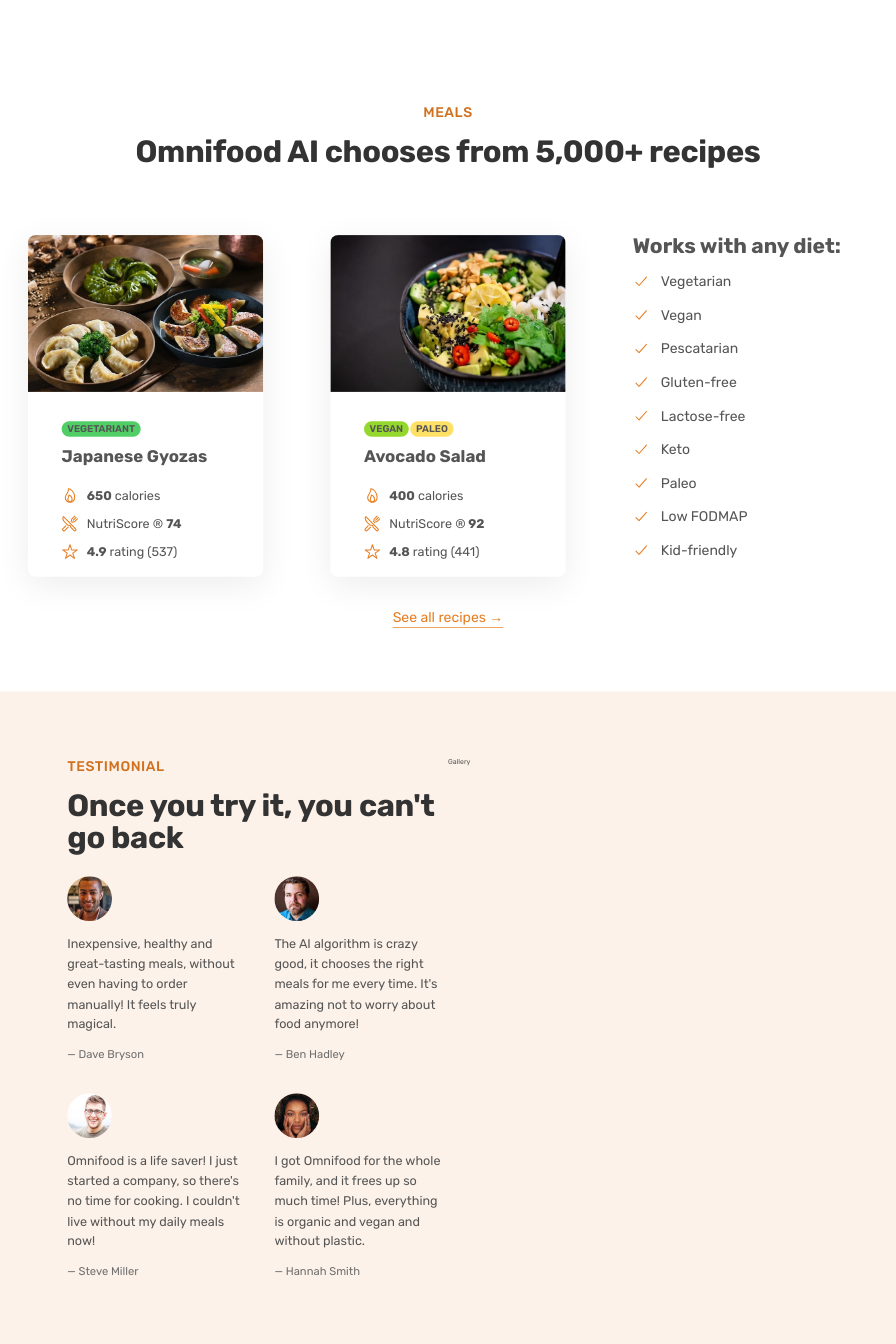
Repository: WefsCao/Omnifood
Page: index.html
These files come from the project's save history. The page is drawn as it stood at one moment and after the next save; the edit follows.
The browser window is 1280 px wide. The pictures show the part of the page from y = 2507 to 4427 px (the page is 4427 px tall before and 4370 px after), at 70% of full size.

Above is the page before, as saved 2022-06-05 17:48:07.

### index.html
<!DOCTYPE html>
<html lang="en">
  <head>
    <meta charset="UTF-8" />
    <meta http-equiv="X-UA-Compatible" content="IE=edge" />
    <meta name="viewport" content="width=device-width, initial-scale=1.0" />

    <link rel="preconnect" href="https://fonts.googleapis.com" />
    <link rel="preconnect" href="https://fonts.gstatic.com" crossorigin />
    <link
      href="https://fonts.googleapis.com/css2?family=Rubik:wght@400;500;600;700&display=swap"
      rel="stylesheet"
    />
    <link rel="stylesheet" href="./css/general.css" />
    <link rel="stylesheet" href="./css/style.css" />
    <title>Omnifood</title>
  </head>
  <body>
    <header class="header">
      <img class="logo" src="img/omnifood-logo.png" alt="heder of logo" />

      <nav class="nav-main">
        <ul class="nav-main-list">
          <li><a href="#" class="nav-main-link">How it works</a></li>
          <li><a href="#" class="nav-main-link">Meals</a></li>
          <li><a href="#" class="nav-main-link">Testimonial</a></li>
          <li><a href="#" class="nav-main-link">Pricing</a></li>
          <li><a href="#" class="nav-main-link nav-cta">Try for free</a></li>
        </ul>
      </nav>
    </header>
    <main>
      <section class="section-hero">
        <div class="hero">
          <div class="hero-text-box">
            <h1 class="heading-primary">
              A healthy meal delivered to your door, every single day
            </h1>
            <p class="hero-description">
              The smart 365-days-per-year food subscription that will make you
              eat healthy again. Tailored to your personal tastes and
              nutritional needs.
            </p>
            <a href="#" class="btn btn--full margin-right-sm"
              >Start eating well</a
            >
            <a href="#" class="btn btn--outline">Learn more &darr;</a>
            <div class="delivered-meals">
              <div class="delivered-imgs">
                <img src="img/customers/customer-1.jpg" />
                <img src="img/customers/customer-2.jpg" />
                <img src="img/customers/customer-3.jpg" />
                <img src="img/customers/customer-4.jpg" />
                <img src="img/customers/customer-5.jpg" />
                <img src="img/customers/customer-6.jpg" />
              </div>
              <div class="delivered-text">
                <span>250,000+ </span>meals last year!
              </div>
            </div>
          </div>
          <div class="hero-img-box">
            <img src="img/hero.png" alt="Hero of image" class="hero-img" />
          </div>
        </div>
      </section>
      <section class="section-how">
        <div class="step-title container">
          <span class="subtitle">How it works</span>
          <h2 class="heading-secondary">
            Your daily dose of health in 3 simple steps
          </h2>
        </div>

        <!-- STEP 01 -->
        <div class="step-content container grid grid--2-cols">
          <div class="step-text-box">
            <div class="step-number">01</div>
            <h3 class="heading-tertiary">
              Tell us what you like (and what not)
            </h3>
            <p class="step-text">
              Never again waste time thinking about what to eat! Omnifood AI
              will create a 100% personalized weekly meal plan just for you. It
              makes sure you get all the nutrients and vitamins you need, no
              matter what diet you follow!
            </p>
          </div>
          <div class="step-img-box">
            <img
              class="step-img"
              src="img/app/app-screen-1.png"
              alt="app screen 1"
            />
          </div>
        </div>
        <!-- STEP 02 -->
        <div class="step-content container grid grid--2-cols">
          <div class="step-img-box">
            <img
              class="step-img"
              src="img/app/app-screen-2.png"
              alt="app screen 2"
            />
          </div>
          <div class="step-text-box">
            <div class="step-number">02</div>
            <h3 class="heading-tertiary">Approve your weekly meal plan</h3>
            <p class="step-text">
              Once per week, approve the meal plan generated for you by Omnifood
              AI. You can change ingredients, swap entire meals, or even add
              your own recipes.
            </p>
          </div>
        </div>

        <!-- STEP 03 -->
        <div class="step-content container grid grid--2-cols">
          <div class="step-text-box">
            <div class="step-number">03</div>
            <h3 class="heading-tertiary">Receive meals at convenient time</h3>
            <p class="step-text">
              Best chefs in town will cook your selected meal every day, and we
              will deliver it to your door whenever works best for you. You can
              change delivery schedule and address daily!
            </p>
          </div>
          <div class="step-img-box">
            <img
              class="step-img"
              src="img/app/app-screen-3.png"
              alt="app screen 3"
            />
          </div>
        </div>
      </section>
      <section class="section-meals">
        <div class="container center-v">
          <span class="subtitle">Meals</span>
          <h2 class="heading-secondary">
            Omnifood AI chooses from 5,000+ recipes
          </h2>
        </div>
        <div class="meals container grid grid--3-cols">
          <div class="meal">
            <img
              class="meal-img"
              src="img/meals/meal-1.jpg"
              alt="Japanese Gyozas"
            />
            <div class="meal-content">
              <span class="meal-tag tag--vegetariant">Vegetariant</span>
              <h3 class="meal-title">Japanese Gyozas</h3>
              <ul class="meal-attributes">
                <li class="meal-attribute">
                  <ion-icon class="meal-icon" name="flame-outline"></ion-icon>
                  <span><strong>650</strong> calories</span>
                </li>

                <li class="meal-attribute">
                  <ion-icon
                    class="meal-icon"
                    name="restaurant-outline"
                  ></ion-icon>
                  <span> NutriScore &reg; <strong>74</strong></span>
                </li>
                <li class="meal-attribute">
                  <ion-icon class="meal-icon" name="star-outline"></ion-icon>
                  <span><strong>4.9</strong> rating (537)</span>
                </li>
              </ul>
            </div>
          </div>
          <div class="meal">
            <img
              class="meal-img"
              src="img/meals/meal-2.jpg"
              alt="Avocado Salad"
            />
            <div class="meal-content">
              <div class="meal-tags">
                <span class="meal-tag tag--vegan">Vegan</span>
                <span class="meal-tag tag--paleo">Paleo</span>
              </div>
              <h3 class="meal-title">Avocado Salad</h3>
              <ul class="meal-attributes">
                <li class="meal-attribute">
                  <ion-icon class="meal-icon" name="flame-outline"></ion-icon>
                  <span><strong>400</strong> calories</span>
                </li>

                <li class="meal-attribute">
                  <ion-icon
                    class="meal-icon"
                    name="restaurant-outline"
                  ></ion-icon>
                  <span>NutriScore &reg;<strong> 92</strong></span>
                </li>
                <li class="meal-attribute">
                  <ion-icon class="meal-icon" name="star-outline"></ion-icon>
                  <span><strong>4.8</strong> rating (441)</span>
                </li>
              </ul>
            </div>
          </div>
          <div class="list">
            <h3 class="list-heading">Works with any diet:</h3>
            <ul class="diets">
              <li class="diet">
                <ion-icon class="diet-icon" name="checkmark-outline"></ion-icon>
                <span class="link">Vegetarian</span>
              </li>
              <li class="diet">
                <ion-icon class="diet-icon" name="checkmark-outline"></ion-icon>
                <span class="link">Vegan</span>
              </li>
              <li class="diet">
                <ion-icon class="diet-icon" name="checkmark-outline"></ion-icon>
                <span class="link">Pescatarian</span>
              </li>
              <li class="diet">
                <ion-icon class="diet-icon" name="checkmark-outline"></ion-icon>
                <span class="link">Gluten-free</span>
              </li>
              <li class="diet">
                <ion-icon class="diet-icon" name="checkmark-outline"></ion-icon>
                <span class="link">Lactose-free</span>
              </li>
              <li class="diet">
                <ion-icon class="diet-icon" name="checkmark-outline"></ion-icon>
                <span class="link">Keto</span>
              </li>
              <li class="diet">
                <ion-icon class="diet-icon" name="checkmark-outline"></ion-icon>
                <span class="link">Paleo</span>
              </li>
              <li class="diet">
                <ion-icon class="diet-icon" name="checkmark-outline"></ion-icon>
                <span class="link">Low FODMAP</span>
              </li>
              <li class="diet">
                <ion-icon class="diet-icon" name="checkmark-outline"></ion-icon>
                <span class="link">Kid-friendly</span>
              </li>
            </ul>
          </div>
        </div>
        <div class="container meals-all center-v">
          <a href="#" class="link--recipes">See all recipes &rarr;</a>
        </div>
      </section>
      <section class="section-testimonials">
        <div class="testimonials">
          <div class="testimonial">
            <div class="testimonials-heading">
              <span class="subtitle">testimonial</span>
              <h2 class="heading-secondary">
                Once you try it, you can't go back
              </h2>
            </div>
            <div class="testimonial-text">
              <figure class="testimonial-img">
                <img
                  src="img/customers/dave.jpg"
                  alt="photo of customer dave"
                />
                <blockquote class="testimonial-txt">
                  Inexpensive, healthy and great-tasting meals, without even
                  having to order manually! It feels truly magical.
                </blockquote>
                <p class="customer-name">&mdash; Dave Bryson</p>
              </figure>
              <figure class="testimonial-img">
                <img src="img/customers/ben.jpg" alt="photo of customer ben" />
                <blockquote class="testimonial-txt">
                  The AI algorithm is crazy good, it chooses the right meals for
                  me every time. It's amazing not to worry about food anymore!
                </blockquote>
                <p class="customer-name">&mdash; Ben Hadley</p>
              </figure>
              <figure class="testimonial-img">
                <img
                  src="img/customers/steve.jpg"
                  alt="photo of customer steve"
                />
                <blockquote class="testimonial-txt">
                  Omnifood is a life saver! I just started a company, so there's
                  no time for cooking. I couldn't live without my daily meals
                  now!
                </blockquote>
                <p class="customer-name">&mdash; Steve Miller</p>
              </figure>
              <figure class="testimonial-img">
                <img
                  src="img/customers/hannah.jpg"
                  alt="photo of customer hannah"
                />
                <blockquote class="testimonial-txt">
                  I got Omnifood for the whole family, and it frees up so much
                  time! Plus, everything is organic and vegan and without
                  plastic.
                </blockquote>
                <p class="customer-name">&mdash; Hannah Smith</p>
              </figure>
            </div>
          </div>
          <div class="gallery">Gallery</div>
        </div>
      </section>
    </main>
    <script
      type="module"
      src="https://unpkg.com/ionicons@5.5.2/dist/ionicons/ionicons.esm.js"
    ></script>
    <script
      nomodule
      src="https://unpkg.com/ionicons@5.5.2/dist/ionicons/ionicons.js"
    ></script>
  </body>
</html>

### css/general.css
/*
--- 01 TYPOGRAPHY
- Font size system (px)
    10 / 12 / 14 / 16 / 18 / 20 / 24 / 30 / 36 / 44 / 52 / 62 / 74 / 86 / 98

- Font weights:
Default: 400

- Line heights:
Default: 1
Small: 1.05


--- 02 COLOR

- Primary: #e67e22
- Tints: #fdf2e9
- Shades: #cf711f
- Accents:
- Grey:
 #555
 #333

 --- 05 SHADOW

 --- 06 BORDER RADIUS
 - Default: 9px

 --- 07 WHITE SPACES
 - Spacing system (px)
 2 / 4 / 8 / 12 / 16 / 24 / 32 / 48 / 64 / 80 / 96 / 128
*/
html {
  font-size: 62.5%;
}
* {
  margin: 0;
  padding: 0;
  box-sizing: border-box;
}
body {
  font-family: "Rubik", sans-serif;
  color: #555;
  font-weight: 400;
  line-height: 1;
}

/****************************************/
/* GENERAL REUSE COMPONENTS */
/****************************************/
.heading-primary,
.heading-secondary {
  line-height: 1.05;
  color: #333;
  font-weight: 700;
  letter-spacing: -0.5px;
  margin-bottom: 3.2rem;
}
.heading-primary {
  font-size: 5.2rem;
}

.btn--full:link,
.btn--full:visited {
  background-color: #e67e22;
  color: #fff;
}
.btn--full:hover,
.btn--full:active {
  background-color: #cf711f;
}

.grid {
  display: grid;
  gap: 9.6rem;
}
.grid--2-cols {
  grid-template-columns: repeat(2, 1fr);
}
.grid--3-cols {
  grid-template-columns: repeat(3, 1fr);
}
.container {
  max-width: 120rem;
  margin: 0 auto;
}

/*************************************/
/* HELPER CLASSES */
/*************************************/

.margin-right-sm {
  margin-right: 1.6rem !important;
}
.heading-tertiary {
  font-size: 3rem;
  font-weight: 700 !important;
  margin: 1.6rem 0;
}
.center-v {
  text-align: center;
}

### css/style.css
/****************************************/
/* HEADER */
/****************************************/
.header {
  display: flex;
  align-items: center;
  justify-content: space-between;
  height: 9.6rem;
  padding: 0 4.8rem;
  background-color: #fdf2e9;
}
.logo {
  height: 2.2rem;
}

/****************************************/
/* NAVIGATION */
/****************************************/

.nav-main-list {
  display: flex;
  align-items: center;
  gap: 3.2rem;
  list-style: none;
}
.nav-main-link:link,
.nav-main-link:visited {
  color: #333;
  font-size: 1.8rem;
  font-weight: 600;
  text-decoration: none;
  transition: all 0.3s;
}
.nav-main-link:hover,
.nav-main-link:active {
  color: #e67e22;
}

.nav-main-link.nav-cta:link,
.nav-main-link.nav-cta:visited {
  padding: 1.2rem 2.4rem;
  background-color: #e67e22;
  border-radius: 9px;
  color: #fff;
}
.nav-main-link.nav-cta:hover,
.nav-main-link.nav-cta:active {
  background-color: #cf711f;
}

/****************************************/
/* HERO */
/****************************************/
.section-hero {
  background-color: #fdf2e9;
  padding: 4.8rem 0 9.6rem 0;
}

.hero {
  display: grid;
  grid-template-columns: 1fr 1fr;
  gap: 4.8rem;
  align-items: center;
  max-width: 130rem;
  padding: 0 3.2rem;
  margin: 0 auto;
}

.hero-description {
  font-size: 2rem;
  line-height: 1.6;
  margin-bottom: 4.8rem;
}
.btn:link,
.btn:visited {
  outline: none;
  display: inline-block;
  padding: 1.6rem 3.2rem;
  font-size: 1.8rem;
  font-weight: 700;
  border-radius: 9px;
  text-decoration: none;
  transition: all 0.3s;
}

.btn--outline:link,
.btn--outline:visited {
  background-color: #fff;
  color: #555;
}
.btn--outline:hover,
.btn--outline:active {
  background-color: #fdf2e9;
  box-shadow: inset 0 0 0 3px #fff;
}

.delivered-meals {
  display: flex;
  align-items: center;
  gap: 1.6rem;
  margin-top: 8rem;
}
.delivered-imgs {
  display: flex;
}
.delivered-imgs img {
  width: 4.8rem;
  height: 4.8rem;
  border-radius: 50%;
  border: 3px solid #fdf2e9;
  margin-right: -1.6rem;
}
.delivered-imgs img:last-child {
  margin: 0;
}
.delivered-text {
  font-size: 2rem;
}
.delivered-text span {
  font-weight: 700;
  color: #cf711f;
}
.hero-img {
  width: 100%;
}

/****************************************/
/* HOW IT WORKS SECTION  */
/****************************************/
.section-how {
  padding-bottom: 9.6rem;
}
.step-title {
  margin-top: 9.6rem;
}
.step-content {
  margin-top: 9.6rem;
}
.subtitle {
  letter-spacing: 0.75px;
  text-transform: uppercase;
  color: #cf711f;
  font-weight: 500;
  font-size: 2rem;
}
.heading-secondary {
  font-size: 4.4rem;
  margin-top: 2.4rem;
}
.step-number {
  font-size: 8.6rem;
  font-weight: 700;
  color: #ddd;
}

.step-img-box {
  position: relative;
  display: flex;
  align-items: center;
  justify-content: center;
}
.step-img-box::before,
.step-img-box::after {
  content: "";
  display: block;
  position: absolute;
  border-radius: 50%;
  top: 50%;
  left: 50%;
  transform: translate(-50%, -50%);
}
.step-img-box::before {
  width: 60%;
  padding-bottom: 60%;
  background-color: #fdf2e9;
  z-index: -2;
}
.step-img-box::after {
  width: 45%;
  padding-bottom: 45%;
  background-color: #fae5d3;
  z-index: -1;
}
.step-text {
  margin-top: 3.2rem;
  font-size: 1.8rem;
  line-height: 1.6;
}
.step-img {
  width: 35%;
}

/****************************************/
/* MEALS SECTION  */
/****************************************/

.section-meals {
  padding-bottom: 9.6rem;
}

.meals,
.section-meals {
  margin-top: 9.6rem;
}
.meal {
  box-shadow: 0 1.2rem 4.8rem rgba(0, 0, 0, 0.075);
  border-radius: 11px;
  overflow: hidden;
  transition: all 0.3s;
}
.meal:hover {
  transform: translateY(-1rem);
}
.meal-img {
  width: 100%;
}
.meal-content {
  padding: 2.4rem 4.8rem;
}
.meal-tag {
  display: inline-block;
  font-size: 1.4rem;
  margin-top: 1.6rem;
  padding: 0.4rem 0.8rem;
  border-radius: 16px;
  font-weight: 600;
  text-transform: uppercase;
}
.tag--vegetariant {
  background-color: #51cf66;
}
.tag--vegan {
  background-color: #94d82d;
}
.tag--paleo {
  background-color: #ffe066;
}
.meal-title {
  font-size: 2.4rem;
  font-weight: 700;
  margin: 1.6rem 0 3.2rem 0;
}
.meal-attributes {
  list-style: none;
  display: flex;

  flex-direction: column;
  gap: 1.6rem;
}
.meal-attribute {
  font-size: 1.8rem;
  display: flex;
  align-items: center;
  gap: 1.2rem;
}
.meal-icon {
  width: 2.4rem;
  height: 2.4rem;
  color: #e67e22;
}
.list-heading {
  margin-top: 0;
  margin-bottom: 2.4rem;
  font-size: 3rem;
  font-weight: 700;
}
.diets {
  list-style: none;
  display: flex;
  flex-direction: column;
  gap: 2.4rem;
}
.diet {
  display: flex;
  align-items: center;
  gap: 1.6rem;
}
.diet-icon {
  width: 2.4rem;
  height: 2.4rem;
  color: #e67e22;
}
.link {
  font-size: 2rem;
}
.meals-all {
  margin-top: 4.8rem;
  font-size: 2rem;
}
.link--recipes:link,
.link--recipes:visited {
  text-decoration: none;
  color: #e67e22;
  padding-bottom: 2px;
  border-bottom: 1px solid currentColor;
  transition: all 0.3s;
}
.link--recipes:hover,
.link--recipes:active {
  color: #cf711f;
  border-bottom: 1px solid transparent;
}

/****************************************/
/* TESTIMONIALS SECTION  */
/****************************************/

.section-testimonials {
  background-color: #fdf2e9;
  /* padding: 9.6rem 0; */
}
.testimonials {
  display: grid;
  grid-template-columns: 1fr 1fr;
  padding: 9.6rem;
}
.testimonial-text {
  display: grid;
  grid-template-columns: 1fr 1fr;
  gap: 4.8rem;
}
.testimonial-img img {
  width: 6.4rem;
  border-radius: 50%;
  margin-bottom: 1.6rem;
}
.testimonial-txt {
  margin-bottom: 2rem;
  font-size: 1.8rem;
  line-height: 1.6;
}
.customer-name {
  font-size: 1.6rem;
  color: #6f6f6f;
}

After the next save:
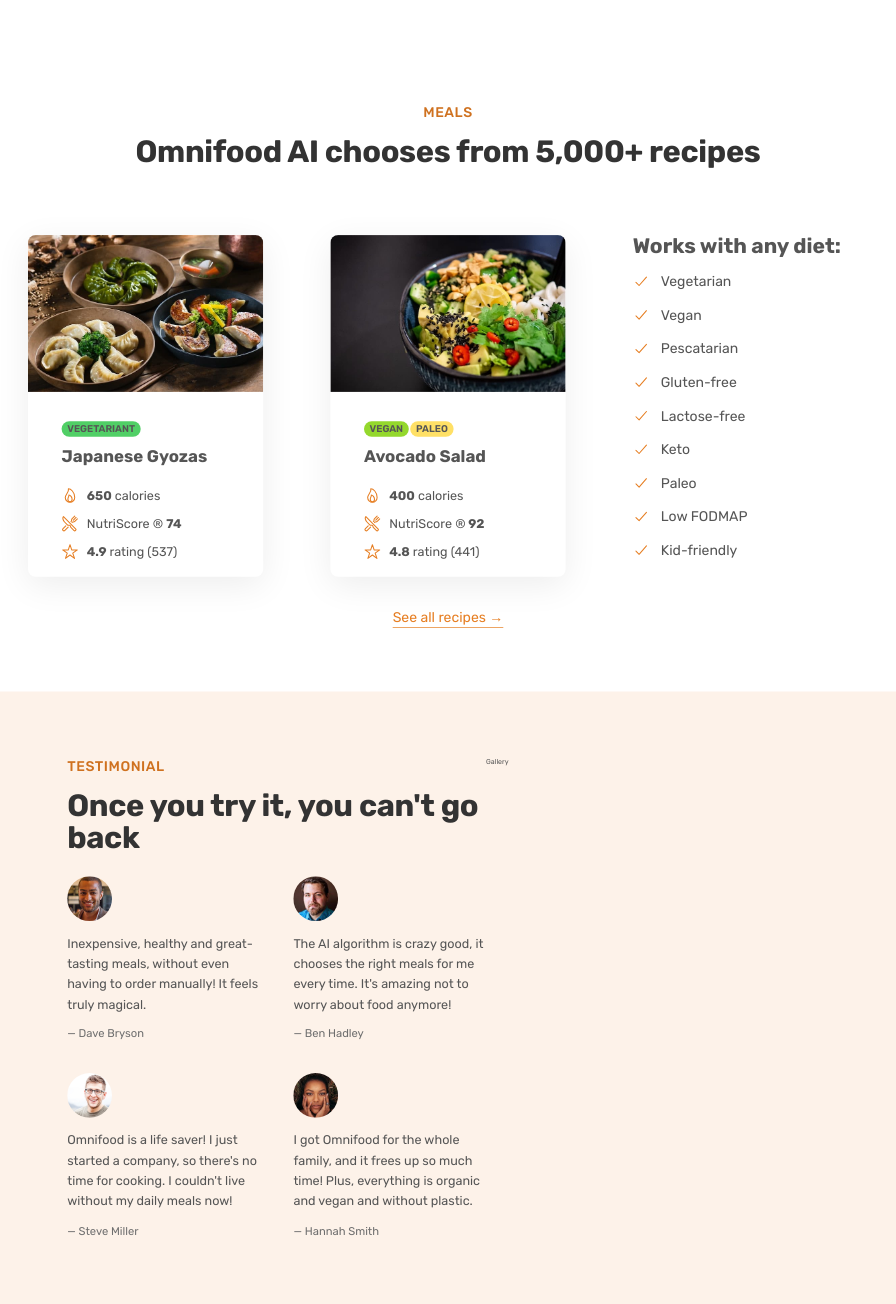
Saved 26 s later.
--- a/css/style.css
+++ b/css/style.css
@@ -311,7 +311,7 @@
 }
 .testimonials {
   display: grid;
-  grid-template-columns: 1fr 1fr;
+  grid-template-columns: 55fr 45fr;
   padding: 9.6rem;
 }
 .testimonial-text {
